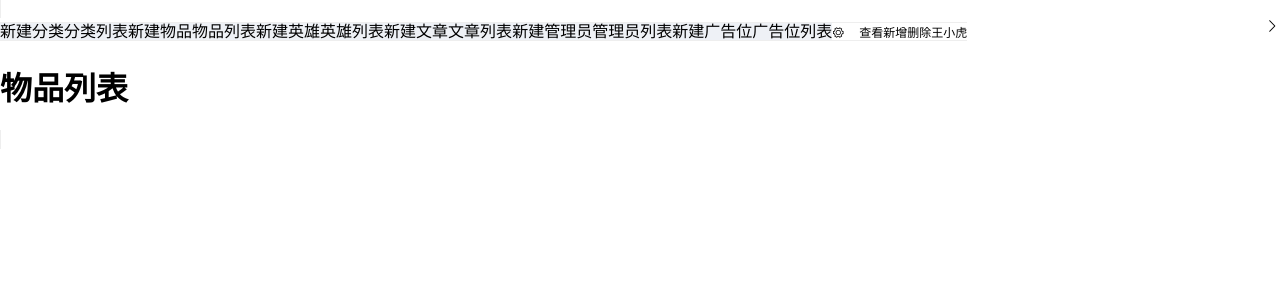
Repository: zqw980624/aaa
Page: /ad/list (app in admin/)
An editor plug-in stored every save of this project. The page is shown before and after the next save, followed by the edit.
The browser window is 1280 px wide. The pictures show the whole page.
The page's requests for data from a server got no answer. The project was rebuilt for these pictures with package versions that can differ from the ones it lists, and the page was loaded fresh each time. No one was signed in, and anything a server would have sent is missing. Also part of the build but not shown: admin/src/views/CategoryEditor.vue, admin/src/views/CategoryList.vue, admin/src/views/ItemEditor.vue, admin/src/views/ItemList.vue, admin/src/views/HeroEditor.vue, admin/src/views/HeroList.vue, admin/src/views/ArticleEditor.vue, admin/src/views/ArticleList.vue and 3 more. Imported but missing from the stored project, and not drawn on this page: admin/src/plugins/element.js.

Above is the page before, as saved 2020-03-09 23:00:44.

After the next save:
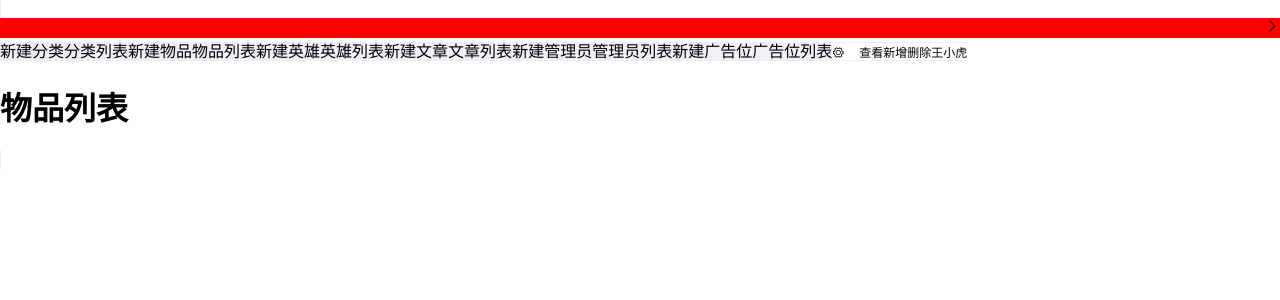
Saved 13 s later.
--- a/admin/src/views/Main.vue
+++ b/admin/src/views/Main.vue
@@ -109,7 +109,7 @@ export default {
 <style>
 
 .toggle{
-
+ height: 20px;
   position: relative;
   background-color: red;
 
